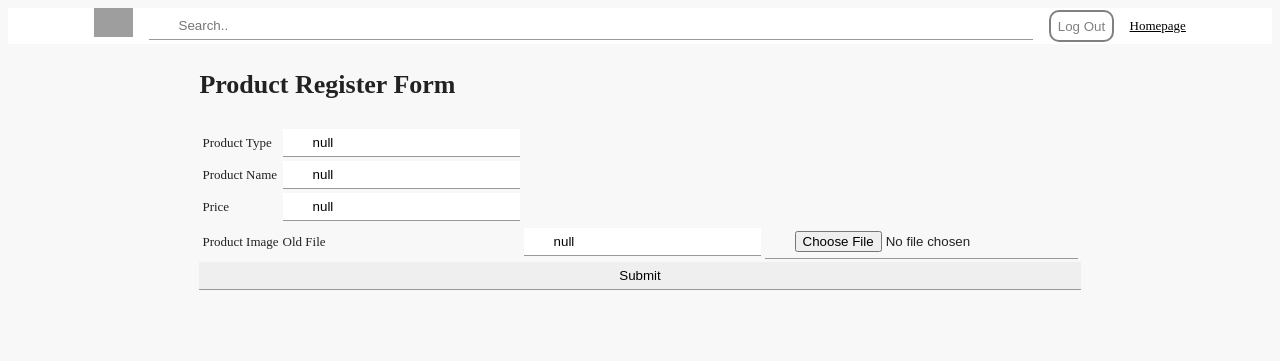
Repository: PhuongHuynh9987/Shopaholic-Ecommerce
Page: http://localhost/Shopaholic/WEB-INF/views/editproduct.jsp
An editor plug-in stored every save of this project. The page is shown before and after the next save, followed by the edit.
The browser window is 1280 px wide. The pictures show the whole page.
Pictures or frames that could not be fetched are drawn as grey boxes. The page is served by Tomcat 9. Nobody is signed in. The template is opened directly, without the code that normally fills it, so the values that code supplies are empty.

Above is the page before, as saved 2024-01-24 04:38:22.

After the next save:
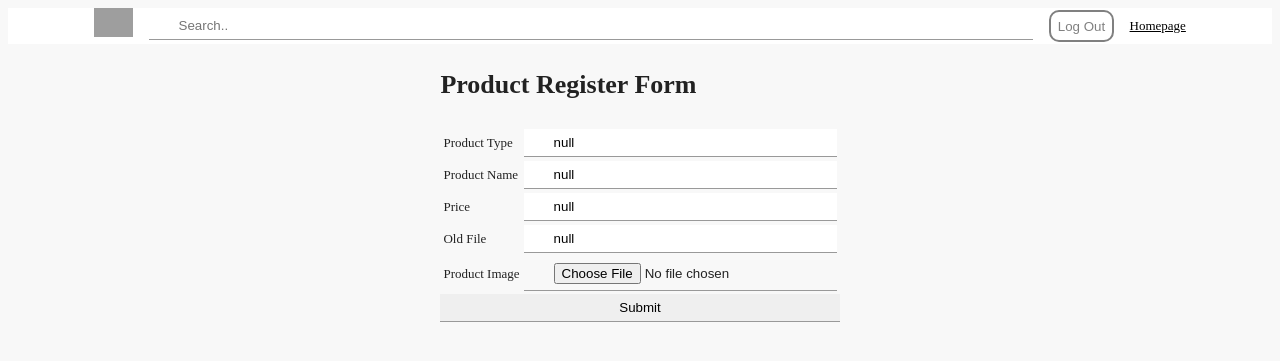
Saved 33 s later.
--- a/Shopaholic/src/main/webapp/WEB-INF/views/editproduct.jsp
+++ b/Shopaholic/src/main/webapp/WEB-INF/views/editproduct.jsp
@@ -68,11 +68,13 @@
 						<td>Price</td>
 						<td><input type="text" name="price" value = <%=Price%> /></td>
 					</tr>
-
+					<tr>
+						<td>Old File</td>
+						<td><input type="text" name="price" value = <%=Img%> /></td>
+					</tr>
 					<tr>
 						<td>Product Image</td>
-						<td>Old File</td>
-						<td><input type="text" name="price" value = <%=Img%> /></td>
+
 						<td><input type="file" name="imageFile"/> </td>
 					</tr>
 				</table>
